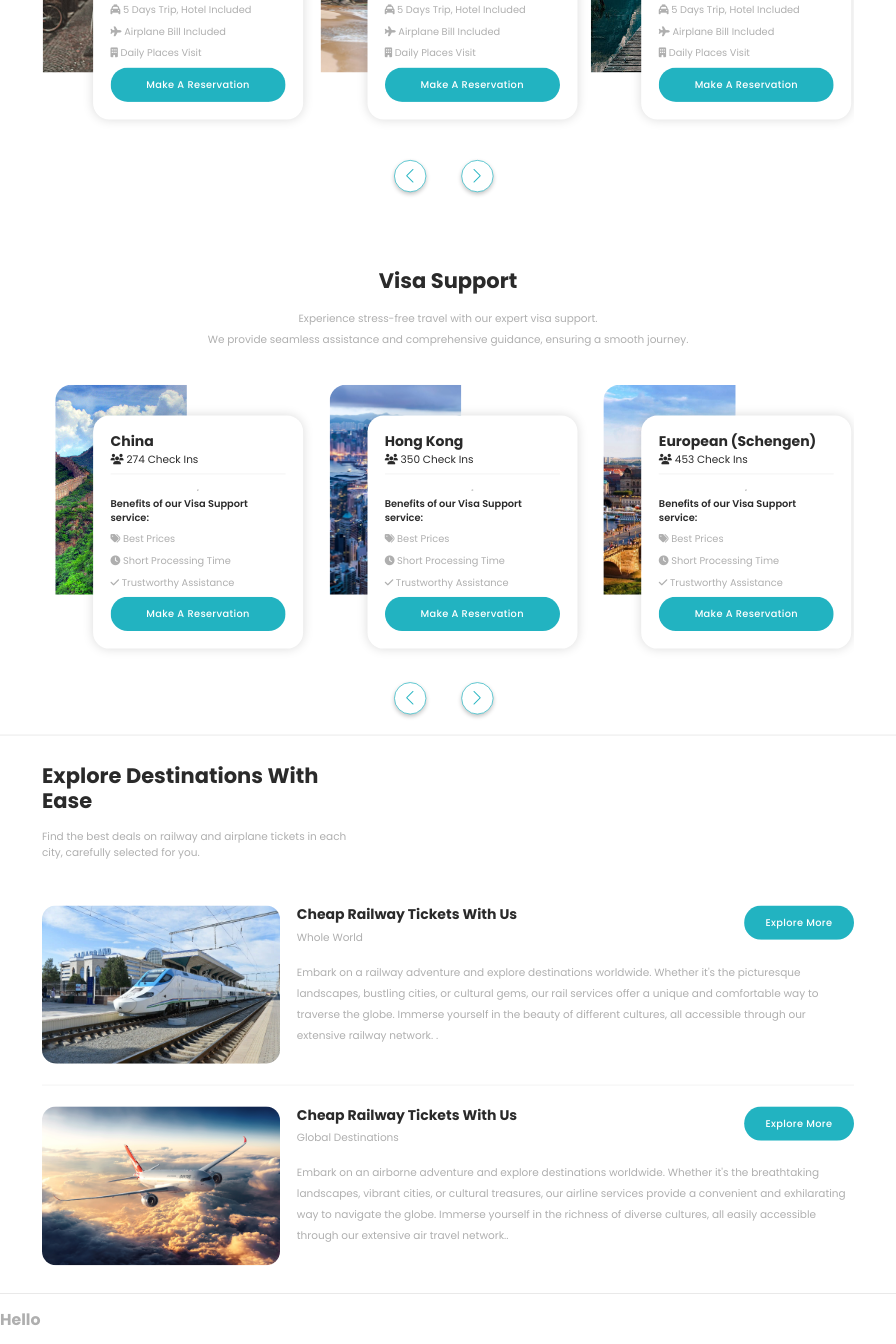
Repository: asadbekdev07/asadbekdev-zamontour-react
Page: /
These files come from the project's save history. The page is drawn as it stood at one moment and after the next save; the edit follows.
The browser window is 1280 px wide. The pictures show the part of the page from y = 1121 to 3041 px (the page is 3041 px tall before and 2970 px after), at 70% of full size.
The project was rebuilt for these pictures with package versions that can differ from the ones it lists, and the page was loaded fresh each time. Also part of the build but not shown: vite.config.js.

Above is the page before, as saved 2024-05-26 19:03:34.

### index.html
<!doctype html>
<html lang="en">
  <head>
    <meta charset="UTF-8" />
    <link rel="icon" type="image/svg+xml" href="/vite.svg" />
    <meta name="viewport" content="width=device-width, initial-scale=1.0" />
    <title>Vite + React</title>
    <link rel="stylesheet" href="https://cdnjs.cloudflare.com/ajax/libs/font-awesome/6.5.2/css/all.min.css" integrity="sha512-SnH5WK+bZxgPHs44uWIX+LLJAJ9/2PkPKZ5QiAj6Ta86w+fsb2TkcmfRyVX3pBnMFcV7oQPJkl9QevSCWr3W6A==" crossorigin="anonymous" referrerpolicy="no-referrer" />

  </head>
  <body>
    <div id="root"></div>
    <script type="module" src="/src/main.jsx"></script>
  </body>
</html>

### src/main.jsx
import React from 'react'
import ReactDOM from 'react-dom/client'
import App from './assets/components/App'
import './assets/styles/index.css'
import './i18n'

ReactDOM.createRoot(document.getElementById('root')).render(
  <React.StrictMode>
    <App />
  </React.StrictMode>,
)

### src/assets/components/App.jsx
import Destination from "./Destination"
import Offers from "./Offers"
import SiteHeader from "./Site-header"
import SliderHero from "./Slider-hero"
import Visa from "./Visa"
import Visit from "./Visit"

function App() {

  return (
    <>
      <SiteHeader />
      <SliderHero />
      <Offers />
      <Visa />
      <Destination />
      <Visit />
    </>
  )
}

export default App

### src/i18n.jsx
import i18n from 'i18next';
import { initReactI18next } from 'react-i18next';
import Backend from 'i18next-http-backend';
import laungageDetector from 'i18next-browser-languagedetector';
import enLang from '../public/locales/en.json'
import uzLang from '../public/locales/uz.json'
import ruLang from '../public/locales/ru.json'

i18n
.use(Backend)
.use(laungageDetector)
.use(initReactI18next)
.init({
  fallbackLng: 'en',
  lng: 'en',
  debug: true,
  resources: {
    en:{translation: enLang},
    uz:{translation: uzLang},
    ru:{translation: ruLang}
  }
})

export default i18n;

### src/assets/components/Destination.jsx
import afrasiab from "/img/afr.jpg";
import airplane from "/img/airplane.jpg";

const destinationData = [
  { img: afrasiab, heading: "Cheap Railway Tickets With Us", subheading: "Whole World", text: "Embark on a railway adventure and explore destinations worldwide. Whether it's the picturesque landscapes, bustling cities, or cultural gems, our rail services offer a unique and comfortable way to traverse the globe. Immerse yourself in the beauty of different cultures, all accessible through our extensive railway network. ." },
  { img: airplane, heading: "Cheap Railway Tickets With Us", subheading: "Global Destinations", text: "Embark on an airborne adventure and explore destinations worldwide. Whether it's the breathtaking landscapes, vibrant cities, or cultural treasures, our airline services provide a convenient and exhilarating way to navigate the globe. Immerse yourself in the richness of diverse cultures, all easily accessible through our extensive air travel network.." },
]

const Destination = () => {
  return (
    <section className="destination">
      <div className="container">
        <div className="destination__top">
          <h2 className="destination__top-heading">Explore Destinations With Ease</h2>
          <p className="destination__top-text">Find the best deals on railway and airplane tickets in each city, carefully selected for you.</p>
        </div>

        <ul className="destination__list">
          {destinationData.map((destination, index) =>(
            <li key={index} className="destination__item">
            <img className="destination__img" src={destination.img} alt="Airplane img" width={340} height={228}/>
            <div className="destination__inner">
              <h3 className="destination__inner-heading">{destination.heading}</h3>
              <span className="destination__inner-span">{destination.subheading}</span>
              <div className="button__wrapper">
                <a className="button destination__button" href="#contact">Explore More</a>
              </div>
              <p className="destination__inner-description">{destination.text}</p>
              <a className="button destination__responsive-button" href="#contact">Explore More</a>
            </div>
          </li>
          ))}
        </ul>
      </div>
    </section>
  )
}

export default Destination

### src/assets/components/Offers.jsx
import { Navigation, A11y } from 'swiper/modules';
import { Swiper, SwiperSlide } from 'swiper/react';
import 'swiper/css';
import 'swiper/css/navigation';

import offersFirst from '/img/deals-04.jpg';
import offersSecond from '/img/offers-02.jpg';
import offersThird from '/img/deals-01.jpg';
import offersFourth from '/img/offers-01.jpg';
import usa from '/img/usa1.jpg';
import england from '/img/deals-02.jpg';
import canada from '/img/cand.jpg';
import europe from '/img/europe2.jpg';

const offersData = [
  { img: offersFirst, city: "Istanbul", checkIns: 234, price: 420 },
  { img: offersSecond, city: "Dubai", checkIns: 300, price: 700 },
  { img: offersThird, city: "Antalya", checkIns: 500, price: 999 },
  { img: offersFourth, city: "Sharm El-Sheikh", checkIns: 200, price: 800 },
  { img: usa, city: "USA", checkIns: 400, price: null },
  { img: england, city: "England", checkIns: 234, price: null },
  { img: canada, city: "Canada", checkIns: 345, price: null },
  { img: europe, city: "European Union", checkIns: 345, price: null }
];

const Offers = () => {
  return (
    <div className="offers">
      <div className="container">
        <div className="offers__content">
          <h2 className="offers__title">Best Weekly Offers In Each City</h2>
          <p className="offers__description">Discover the best weekly offers in each city, curated just for you. <br/> Immerse yourself in a world of savings and indulge in unparalleled experiences.</p>
        </div>
        <Swiper
          modules={[Navigation, A11y]}
          spaceBetween={15}
          slidesPerView={3}
          navigation={{ nextEl: '.swiper-button-next', prevEl: '.swiper-button-prev' }}
          loop={true}
          breakpoints={{ // Add breakpoints for adjusting slidesPerView and spaceBetween
            1000: {
              slidesPerView: 3,
              spaceBetween: 15
            },
            700: {
              slidesPerView: 2,
              spaceBetween: 15
            },
            0: {
              slidesPerView: 1,
              spaceBetween: 15
            }
          }}
          onSwiper={(swiper) => console.log(swiper)}
          onSlideChange={() => console.log('slide change')}
        >
          {offersData.map((offer, index) => (
            <SwiperSlide key={index} className='offers__card'>
              <img className='offers__img' src={offer.img} alt={`${offer.city} img`} />
              <div className="offers__card-inner inner">
                <div className="inner__top">
                  <h4>{offer.city}<br/><span><i className="fa fa-users"></i> {offer.checkIns} Check Ins</span></h4>
                  {offer.price && <h6>${offer.price}<br/><span>/person</span></h6>}
                </div>
                <hr className='inner__divider' />
                <ul className='inner__list'>
                  <li className="inner__list-title">Deal Includes:</li>
                  <li><i className="fa fa-taxi"></i> 5 Days Trip, Hotel Included</li>
                  <li><i className="fa fa-plane"></i> Airplane Bill Included</li>
                  <li><i className="fa fa-building"></i> Daily Places Visit</li>
                </ul>
                <a className="button button--wrapper" href="#contact">Make a Reservation</a>
              </div>
            </SwiperSlide>
          ))}
        </Swiper>
        <div className="swiper-buttons">
          <div className="swiper-button-prev"></div>
          <div className="swiper-button-next"></div>
        </div>
      </div>
    </div>
  );
};

export default Offers;

### src/assets/components/Site-header.jsx
import React, { useState } from 'react';
import zamonImg from '/img/zamon.svg';
import { FontAwesomeIcon } from '@fortawesome/react-fontawesome';
import { faBars, faTimes } from '@fortawesome/free-solid-svg-icons';
import { useTranslation } from 'react-i18next';

const SiteHeader = () => {
  const [isMenuOpen, setIsMenuOpen] = useState(false);

  const handleToggle = () => {
    setIsMenuOpen(prevState => !prevState);
  };

  const { t, i18n } = useTranslation();
  const currentLanguage = i18n.language;

  const handleChange = (language) => {
    i18n.changeLanguage(language);
  }

  return (
    <header className={`site-header ${isMenuOpen ? 'is-open' : ''}`}>
      <div className="container site-header__container">
        <a className="site-header__logo-link" href="#">
          <img className='site-header__logo logo' src={zamonImg} alt="Site logo" width={159} height={41} />
        </a>

        <div className="site-header__sitenav">
          <nav className="sitenav">
            <ul className="sitenav__list">
              {/* ITEM  */}
              <li className="sitenav__item">
                <a className='sitenav__link' href="#">{t('home')}</a>
              </li>
              {/* ITEM  */}
              <li className="sitenav__item">
                <a className='sitenav__link' href="#about">{t('about')}</a>
              </li>
              {/* ITEM  */}
              <li className="sitenav__item">
                <a className='sitenav__link' href="tours">{t('tours')}</a>
              </li>
              {/* ITEM  */}
              <li className="sitenav__item">
                <a className='sitenav__link' href="contacts">{t('contacts')}</a>
              </li>
            </ul>
          </nav>

          <ul className="lang">
            {/* ITEM  */}
            <li className="lang__item">
              <a
                className={`lang__link ${currentLanguage === 'en' ? 'selected' : ''}`}
                href="#"
                onClick={(e) => { e.preventDefault(); handleChange('en'); }}
              >
                EN
              </a>
            </li>
            {/* ITEM  */}
            <li className="lang__item">
              <a
                className={`lang__link ${currentLanguage === 'uz' ? 'selected' : ''}`}
                href="#"
                onClick={(e) => { e.preventDefault(); handleChange('uz'); }}
              >
                UZ
              </a>
            </li>
            {/* ITEM  */}
            <li className="lang__item">
              <a
                className={`lang__link ${currentLanguage === 'ru' ? 'selected' : ''}`}
                href="#"
                onClick={(e) => { e.preventDefault(); handleChange('ru'); }}
              >
                РУ
              </a>
            </li>
          </ul>

          <ul className="social">
            {/* ITEM  */}
            <li className="social__item">
              <a className='social__link' href="https://www.instagram.com/zamontour/" target="_blank" rel="noopener noreferrer">
                <i className="fa-brands fa-instagram social__icon"></i>
              </a>
            </li>
            {/* ITEM  */}
            <li className="social__item">
              <a className='social__link' href="https://t.me/zamonbiznestour" target="_blank" rel="noopener noreferrer">
                <i className="fa-brands fa-telegram social__icon"></i>
              </a>
            </li>
          </ul>
        </div>
        <button className='site-header__toggler' onClick={handleToggle}>
          <FontAwesomeIcon icon={isMenuOpen ? faTimes : faBars} size="2x" />
        </button>
      </div>
    </header>
  );
};

export default SiteHeader;

### src/assets/components/Slider-hero.jsx
import React from 'react';
import { Swiper, SwiperSlide } from 'swiper/react';
import 'swiper/css';
import 'swiper/css/pagination';
import 'swiper/css/navigation';


import { Autoplay, Pagination, Navigation } from 'swiper/modules';

import istanbulImg from '/img/istanbul.jpg';
import antalyaImg from '/img/antalya.jpg';
import dubaiImg from '/img/dubai2.jpg';
import sharmImg from '/img/sharm.jpg';

const slidesData = [
  {
    img: istanbulImg,
    city: 'Istanbul',
    population: '15.5 M',
    territory: '5.461 km²',
    avgPrice: '$946.000'
  },
  {
    img: antalyaImg,
    city: 'Antalya',
    population: '1.5 M',
    territory: '1.417 km²',
    avgPrice: '$1.100.200'
  },
  {
    img: dubaiImg,
    city: 'Dubai',
    population: '3.3 M',
    territory: '35 km²',
    avgPrice: '$425.000'
  },
  {
    img: sharmImg,
    city: 'Sharm El-Sheikh',
    population: '0.07 M',
    territory: '45 km²',
    avgPrice: '$165.450'
  }
];

const SlideContent = ({ img, city, population, territory, avgPrice }) => (
  <section className="slider" style={{ backgroundImage: `url(${img})` }}>
    <div className="container slider__container">
      <div className="slider__top">
        <h3 className="slider__top-heading">Take a Glimpse Into The Beautiful City Of:</h3>
        <h2 className="slider__top-city">{city}</h2>
        <a className="button button--cta" href="#contact">Go There</a>
      </div>
      <div className="slider__bottom">
        <ul className="slider__bottom-list list">
          <li className="list__item">
            <div className="list__item-inner">
              <i className="fa fa-user"></i>
              <h4 className="list__subheading">
                <span>Population:</span><br />{population}
              </h4>
            </div>
          </li>
          <li className="list__item">
            <div className="list__item-inner">
              <i className="fa fa-globe"></i>
              <h4 className="list__subheading">
                <span>Territory:</span><br />{territory}
              </h4>
            </div>
          </li>
          <li className="list__item">
            <div className="list__item-inner">
              <i className="fa fa-home"></i>
              <h4 className="list__subheading">
                <span>Avg Price:</span><br />{avgPrice}
              </h4>
            </div>
          </li>
          <div className="list__item-inner">
            <a className="button" href="#contact">Explore More</a>
          </div>
        </ul>
      </div>
    </div>
  </section>
);

export default function SliderHero() {
  return (
    <Swiper
      spaceBetween={5}
      centeredSlides={true}
      autoplay={{
        delay: 5500,
        disableOnInteraction: false,
      }}
      pagination={{
        clickable: true,
      }}
      loop={true}
      navigation={false}
      modules={[Autoplay, Pagination, Navigation]}
      className="mySwiper"
    >
      {slidesData.map((slide, index) => (
        <SwiperSlide key={index}>
          <SlideContent {...slide} />
        </SwiperSlide>
      ))}
    </Swiper>
  );
}

### src/assets/components/Visa.jsx
import React from 'react';
import { Navigation, A11y } from 'swiper/modules';
import { Swiper, SwiperSlide } from 'swiper/react';
import 'swiper/css';
import 'swiper/css/navigation';

import china from '/img/china.jpg';
import hongkong from '/img/hongkong.jpg';
import europe from '/img/europe.jpeg';
import india from '/img/india.jpg';
import japan from '/img/japan.jpg';
import saudi from '/img/saudi.jpg';
import oman from '/img/oman.jpg';

const offersData = [
  { img: china, city: "China", checkIns: 274 },
  { img: hongkong, city: "Hong Kong", checkIns: 350 },
  { img: europe, city: "European (Schengen)", checkIns: 453 },
  { img: india, city: "India", checkIns: 220 },
  { img: japan, city: "Japan", checkIns: 442 },
  { img: saudi, city: "Saudi Arabia", checkIns: 424 },
  { img: oman, city: "Oman", checkIns: 389 }
];

const Visa = () => {
  return (
    <div className="visa">
      <div className="container">
        <div className="visa__content">
          <h2 className="visa__title">Visa Support</h2>
          <p className="visa__description">
          Experience stress-free travel with our expert visa support. <br/> We provide seamless assistance and comprehensive guidance, ensuring a smooth journey.
          </p>
        </div>
        <Swiper
          modules={[Navigation, A11y]}
          spaceBetween={15}
          slidesPerView={3}
          navigation={{ nextEl: '.swiper-button-next', prevEl: '.swiper-button-prev' }}
          loop={true}
          breakpoints={{
            1000: {
              slidesPerView: 3,
              spaceBetween: 15
            },
            700: {
              slidesPerView: 2,
              spaceBetween: 15
            },
            0: {
              slidesPerView: 1,
              spaceBetween: 15
            }
          }}
          onSwiper={(swiper) => console.log(swiper)}
          onSlideChange={() => console.log('slide change')}
        >
          {offersData.map((offer, index) => (
            <SwiperSlide key={index} className='visa__card'>
              <img className='visa__img' src={offer.img} alt={`${offer.city} img`} />
              <div className="visa__card-inner inner">
                <div className="inner__top">
                  <h4>{offer.city}<br /><span><i className="fa fa-users"></i> {offer.checkIns} Check Ins</span></h4>
                </div>
                <hr className='inner__divider' />
                <ul className='inner__list'>
                  <li className="inner__list-title">Benefits of our Visa Support service:</li>
                  <li><i className="fa fa-tags"></i> Best Prices</li>
                  <li><i className="fa fa-clock"></i> Short Processing Time</li>
                  <li><i className="fa fa-check"></i> Trustworthy Assistance</li>
                </ul>
                <a className="button button--wrapper" href="#contact">Make a Reservation</a>
              </div>
            </SwiperSlide>
          ))}
        </Swiper>
        <div className="swiper-buttons">
          <div className="swiper-button-prev"></div>
          <div className="swiper-button-next"></div>
        </div>
      </div>
    </div>
  );
};

export default Visa;

### src/assets/components/Visit.jsx
import dubai from "/img/dubai2.jpg";
import antalya from "/img/country-02.jpg";
import sharm from "/img/sharm2.jpg";
import istanbul from "/img/istanbul3.jpg";

const Visit = () => {
  return (
    <h2>Hello</h2>
  )
}

export default Visit

Loaded but not shown: public/locales/uz.json (12 lines, source omitted); public/locales/en.json (12 lines, source omitted); public/locales/ru.json (12 lines, source omitted); src/assets/styles/index.css (1000 lines, source omitted)

After the next save:
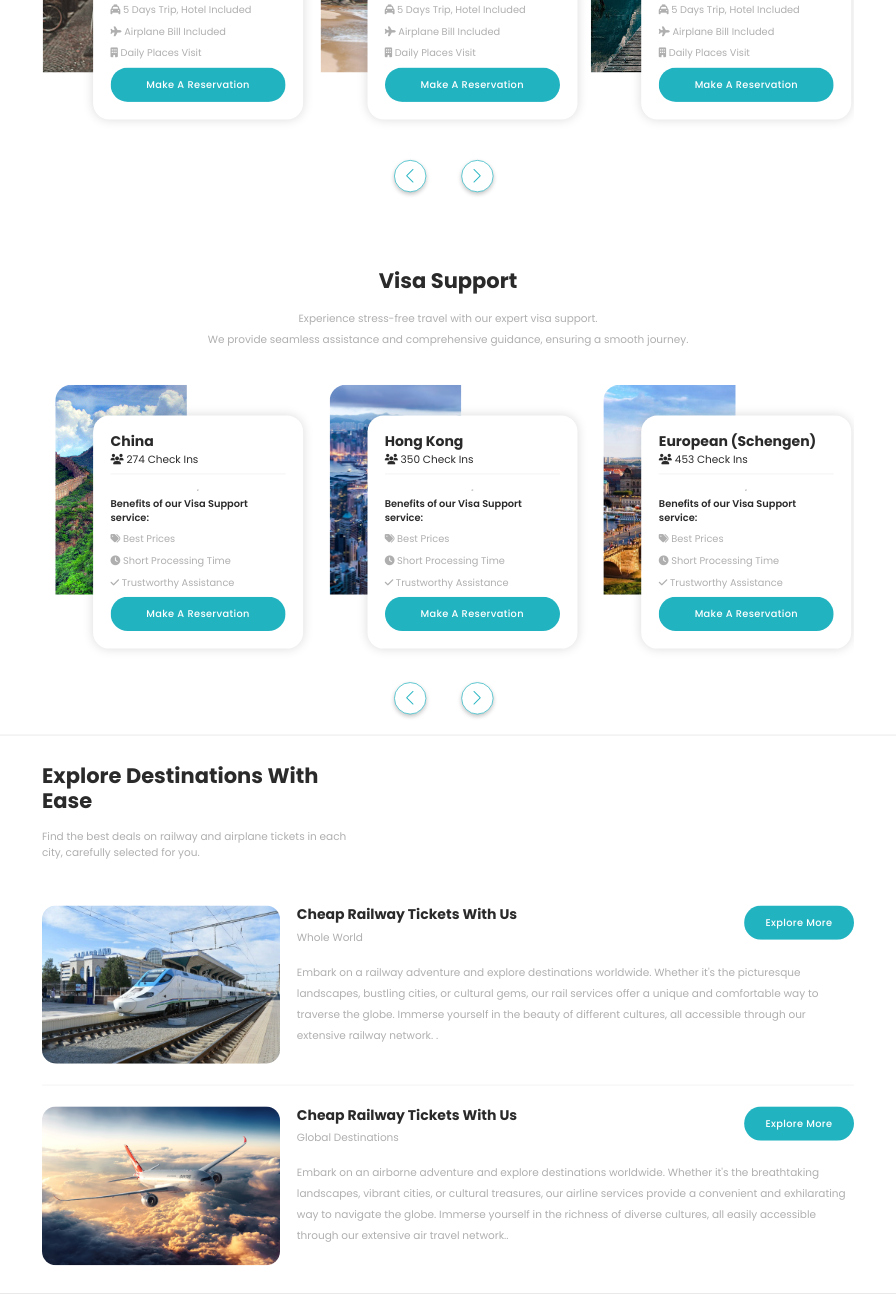
Saved 34 s later.
--- a/src/assets/components/Visit.jsx
+++ b/src/assets/components/Visit.jsx
@@ -5,7 +5,9 @@ import istanbul from "/img/istanbul3.jpg";
 
 const Visit = () => {
   return (
-    <h2>Hello</h2>
+    <section className="visit">
+      <div className="container"></div>
+    </section>
   )
 }
 
